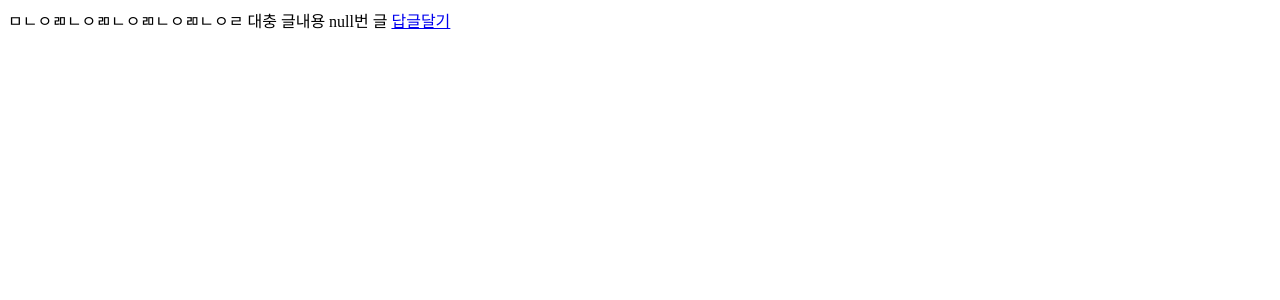
Repository: SniperDitto/save
Page: http://localhost/Boards0425/02_client/04_boards/content.jsp
These files come from the project's save history. The page is drawn as it stood at one moment and after the next save; the edit follows.
The browser window is 1280 px wide. The pictures show the whole page.
The page is served by Tomcat 9. Other server files are loaded and not shown.

Above is the page before, as saved 2022-05-06 02:01:35.

### 2022JAVA_YSH 1/JAVA/Web/Boards0425/WebContent/02_client/04_boards/content.jsp
<%@page import="Pkg.Client.Boards.BoardVO"%>
<%@ page language="java" contentType="text/html; charset=UTF-8"
    pageEncoding="UTF-8"%>
<jsp:useBean id="vo" class="Pkg.Client.Boards.BoardVO"></jsp:useBean>
<jsp:setProperty name="vo" property="idx"/>
<!DOCTYPE html>
<html>
<head>
<meta charset="UTF-8">
<title>글내용</title>
</head>
<body>
ㅁㄴㅇㄻㄴㅇㄻㄴㅇㄻㄴㅇㄻㄴㅇㄹ
대충 글내용
<%=vo.getIdx() %>번 글
<a href="./write.jsp">답글달기</a>

</body>
</html>

### 2022JAVA_YSH 1/JAVA/Web/Boards0425/src/Pkg/Client/Boards/BoardVO.java
package Pkg.Client.Boards;

public class BoardVO {

	private String idx;
	private String title;
	private String content;
	private String userID;//세션에 있음
	private String regnum;
	private String lvl;
	private String combine;
	private String visited;//db에서 처리
	private String regdate;//db에서 처리
	private String lMenuID;
	private String ord;
	private String delnum;

	public String getIdx() {
		return idx;
	}
	public void setIdx(String idx) {
		this.idx = idx;
	}
	public String getTitle() {
		return title;
	}
	public void setTitle(String title) {
		this.title = title;
	}
	public String getContent() {
		return content;
	}
	public void setContent(String content) {
		this.content = content;
	}
	public String getUserID() {
		return userID;
	}
	public void setUserID(String userID) {
		this.userID = userID;
	}
	public String getRegnum() {
		return regnum;
	}
	public void setRegnum(String regnum) {
		this.regnum = regnum;
	}
	public String getLvl() {
		return lvl;
	}
	public void setLvl(String lvl) {
		this.lvl = lvl;
	}
	public String getCombine() {
		return combine;
	}
	public void setCombine(String combine) {
		this.combine = combine;
	}
	public String getVisited() {
		return visited;
	}
	public void setVisited(String visited) {
		this.visited = visited;
	}
	public String getRegdate() {
		return regdate;
	}
	public void setRegdate(String regdate) {
		this.regdate = regdate;
	}
	public String getlMenuID() {
		return lMenuID;
	}
	public void setlMenuID(String lMenuID) {
		this.lMenuID = lMenuID;
	}
	public String getOrd() {
		return ord;
	}
	public void setOrd(String ord) {
		this.ord = ord;
	}
	public String getDelnum() {
		return delnum;
	}
	public void setDelnum(String delnum) {
		this.delnum = delnum;
	}

	@Override
	public String toString() {
		return "BoardVO [idx=" + idx + ", title=" + title + ", content=" + content + ", userID=" + userID + ", regnum="
				+ regnum + ", lvl=" + lvl + ", combine=" + combine + ", visited=" + visited + ", regdate=" + regdate
				+ ", lMenuID=" + lMenuID + ", ord=" + ord + ", delnum=" + delnum + "]";
	}



}

After the next save:
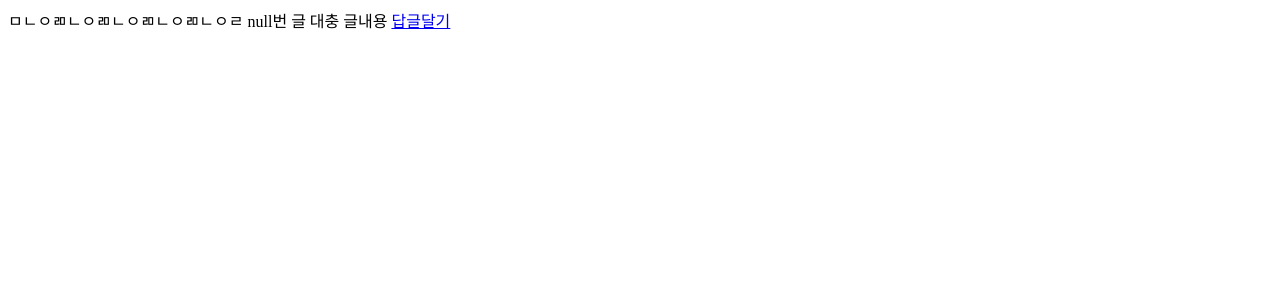
Saved 8 s later.
--- a/2022JAVA_YSH 1/JAVA/Web/Boards0425/WebContent/02_client/04_boards/content.jsp
+++ b/2022JAVA_YSH 1/JAVA/Web/Boards0425/WebContent/02_client/04_boards/content.jsp
@@ -11,8 +11,8 @@
 </head>
 <body>
 ㅁㄴㅇㄻㄴㅇㄻㄴㅇㄻㄴㅇㄻㄴㅇㄹ
+<%=vo.getIdx() %>번 글
 대충 글내용
-<%=vo.getIdx() %>번 글
 <a href="./write.jsp">답글달기</a>
 
 </body>
